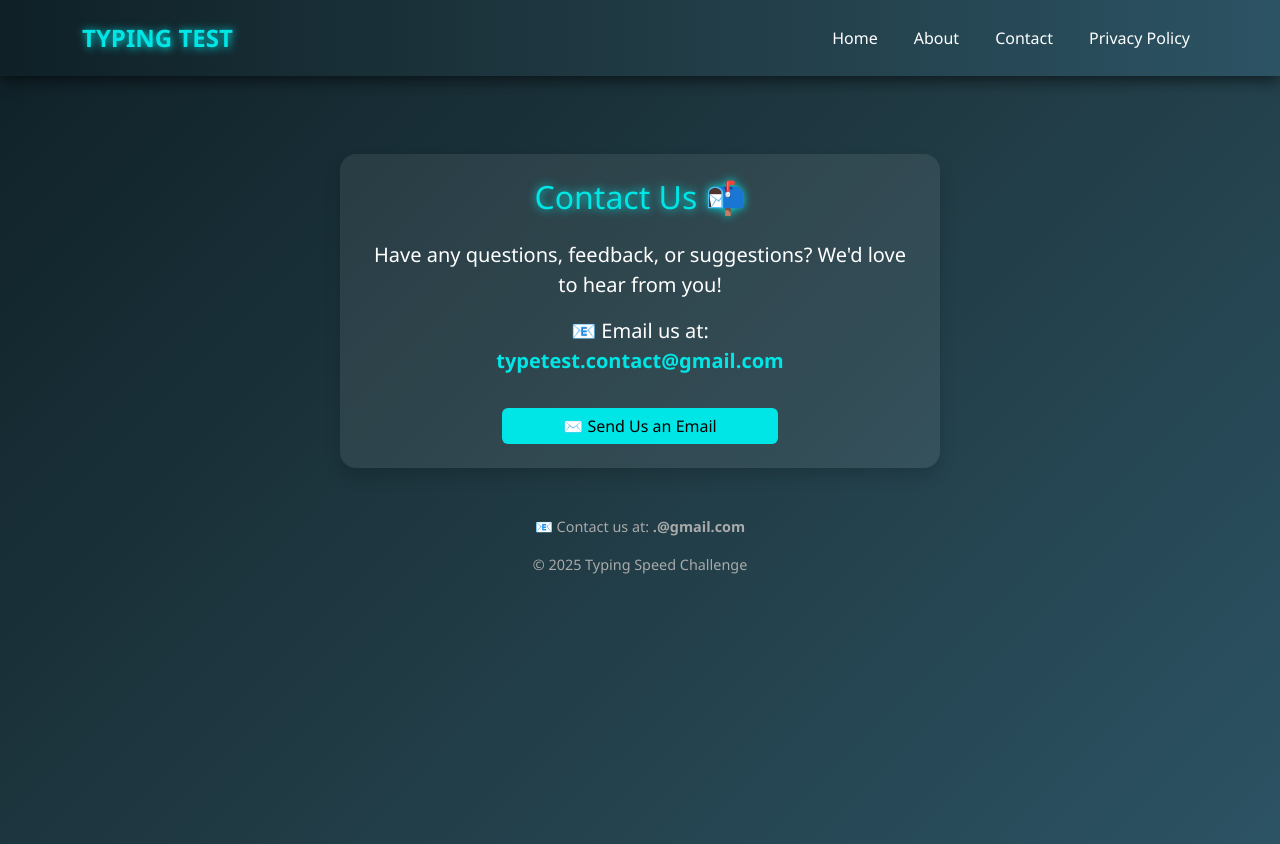
Repository: SHAHZADcodr/typing-test-react
Page: /contact
An editor plug-in stored every save of this project. The page is shown before and after the next save, followed by the edit.
The browser window is 1280 px wide. The pictures show the whole page.
The project was rebuilt for these pictures with package versions that can differ from the ones it lists, and the page was loaded fresh each time. Also part of the build but not shown: src/customCss/Home.css, src/pages/Home.jsx, src/customCss/About.css, src/pages/About.jsx, src/customCss/Game.css, src/pages/Game.jsx, src/customCss/GameOver.css, src/pages/GameOver.jsx and 1 more. Imported but missing from the stored project, and not drawn on this page: src/assets/background.mp3, src/assets/pop.mp3.

Above is the page before, as saved 2025-04-13 16:03:50.

### src/index.js
import React from 'react';
import "bootstrap/dist/css/bootstrap.min.css";
import ReactDOM from 'react-dom/client';
import './index.css';
import App from './App';
import { BrowserRouter } from 'react-router-dom';
import reportWebVitals from './reportWebVitals';

const root = ReactDOM.createRoot(document.getElementById('root'));
root.render(
  <React.StrictMode>
    <BrowserRouter>
      <App />
    </BrowserRouter>
  </React.StrictMode>
);

// If you want to start measuring performance in your app, pass a function
// to log results (for example: reportWebVitals(console.log))
// or send to an analytics endpoint. Learn more: https://bit.ly/CRA-vitals
reportWebVitals();

### src/index.css
body {
  margin: 0;
  background: linear-gradient(135deg, #0f2027,
  #203a43, #2c5364);
}

### src/App.js
import {Routes,Route} from "react-router-dom";
import './App.css';
//pages
import Home  from "./pages/Home";
import About from "./pages/About";
import Contact from "./pages/Contact";
import Game from "./pages/Game";
import GameOver from "./pages/GameOver";
import PrivacyPolicy from "./pages/PrivacyPolicy";

//components
import Navigation from "./components/Navbar";

function App() {
  return (
    <>
    <Navigation/>
    <Routes>
      <Route path="/" element={<Home/>}/>
      <Route path="*" element={<Home/>}/>
      <Route path="/about" element={<About/>}/>
      <Route path="/contact" element={<Contact/>}/>
      <Route path="/privacy-policy" element={<PrivacyPolicy/>}/>
      <Route path="/game" element={<Game/>}/>
      <Route path="/gameOver" element={<GameOver/>}/>

    </Routes>
    </>

  );
}

export default App;

### src/App.css
.custom-navbar {
  background: linear-gradient(to right, #0f2027, #203a43, #2c5364) !important;
  padding: 15px 20px;
  box-shadow: 0 4px 15px rgba(0, 0, 0, 0.6);
  font-family: 'Segoe UI', Tahoma, Geneva, Verdana, sans-serif;
  z-index: 1000;
  position: relative;
}

.custom-navbar .navbar-brand {
  color: #00e6e6 !important;
  font-weight: bold;
  font-size: 1.5rem;
  text-shadow: 1px 1px 8px #00e6e6;
}

.custom-navbar .nav-link {
  color: #ffffff !important;
  margin-left: 20px;
  transition: color 0.3s ease, transform 0.2s ease;
  font-weight: 500;
  display: inline-block;
}

.custom-navbar .nav-link:hover {
  color: #00e6e6 !important;
  transform: scale(1.05);
  text-shadow: 0 0 5px #00e6e6;
}

.custom-navbar .navbar-toggler {
  background-color: #00e6e6;
  border: none;
  outline: none;
}

### src/pages/Contact.jsx
// src/pages/Contact.jsx
import React from 'react';
import { Container, Card, Button } from 'react-bootstrap';
import '../customCss/Contact.css';

const Contact = () => {
  const currentYear = new Date().getFullYear();

  return (
      <Container className="mt-5 contact-container">
        <Card className="contact-card shadow border-0 rounded-4 text-center p-4">
          <h2 className="mb-4 text-glow">Contact Us 📬</h2>
          <p className="lead">
            Have any questions, feedback, or suggestions? We'd love to hear from you!
          </p>
          <p className="fs-5">
            📧 Email us at:<br />
            <strong>
              <a
                href="mailto:typetest.contact@gmail.com"
                className="contact-email-link"
              >
                typetest.contact@gmail.com
              </a>
            </strong>
          </p>

          <Button
            variant="info"
            href="mailto:typetest.contact@gmail.com"
            className="mt-3 w-50 mx-auto"
          >
            ✉️ Send Us an Email
          </Button>
        </Card>

        <footer className="contact-footer mt-5 text-center">
          <p>📧 Contact us at: <strong>.@gmail.com</strong></p>
          <p>© {currentYear} Typing Speed Challenge</p>
        </footer>
      </Container>
  );
};

export default Contact;

### src/components/Navbar.jsx
import React from 'react';
import { Navbar, Nav, Container } from 'react-bootstrap';
import { Link } from 'react-router-dom';
import '../App.css'; // Ensure correct path

const Navigation = () => {
  return (
    <Navbar expand="lg" className="custom-navbar" variant="dark">
      <Container>
        <Navbar.Brand as={Link} to="/">TYPING TEST</Navbar.Brand>
        <Navbar.Toggle aria-controls="basic-navbar-nav" />
        <Navbar.Collapse id="basic-navbar-nav">
          <Nav className="ms-auto">
            <Nav.Link as={Link} to="/">Home</Nav.Link>
            <Nav.Link as={Link} to="/about">About</Nav.Link>
            <Nav.Link as={Link} to="/contact">Contact</Nav.Link>
            <Nav.Link as={Link} to="/privacy-policy">Privacy Policy</Nav.Link>
          </Nav>
        </Navbar.Collapse>
      </Container>
    </Navbar>
  );
};

export default Navigation;

### src/customCss/Contact.css
.contact-container {
  min-height: 100vh;
  color: #ffffff;
  padding: 30px 0;
  font-family: 'Segoe UI', Tahoma, Geneva, Verdana, sans-serif;
}

.contact-card {
  background-color: rgba(255, 255, 255, 0.08);
  color: #ffffff;
  padding: 30px;
  max-width: 600px;
  margin: 0 auto;
}

.text-glow {
  color: #00e6e6;
  text-shadow: 0 0 10px #00e6e6;
}

.contact-email-link {
  color: #00e6e6;
  text-decoration: none;
  word-break: break-all;
  display: inline-block;
}

.contact-email-link:hover {
  color: #00ffff;
  text-decoration: underline;
}

.contact-footer {
  margin-top: 40px;
  color: #aaa;
  font-size: 0.9rem;
}

.btn-info {
  background-color: #00e6e6 !important;
  border: none;
  color: #000 !important;
  font-weight: 500;
  transition: all 0.3s ease;
}

.btn-info:hover {
  background-color: #00ffff !important;
  color: #000 !important;
  box-shadow: 0 0 10px #00e6e6;
}

### src/customCss/Privacy.css
.privacy-container {
    min-height: 100vh;
    background: linear-gradient(135deg, #0f2027, #203a43, #2c5364);
    color: #ffffff;
    padding: 30px 0;
    font-family: 'Segoe UI', Tahoma, Geneva, Verdana, sans-serif;
  }

  .privacy-card {
    background-color: rgba(255, 255, 255, 0.08);
    color: #ffffff;
    max-width: 800px;
    margin: 0 auto;
  }

  .privacy-card h2,
  .privacy-card h5 {
    color: #00e6e6;
  }

  .privacy-link {
    color: #00e6e6;
    word-break: break-word;
  }

  .privacy-link:hover {
    text-decoration: underline;
  }

  .text-glow {
    text-shadow: 0 0 10px #00e6e6;
  }

Loaded but not shown: public/index.html (common file); src/reportWebVitals.js (common file)

After the next save:
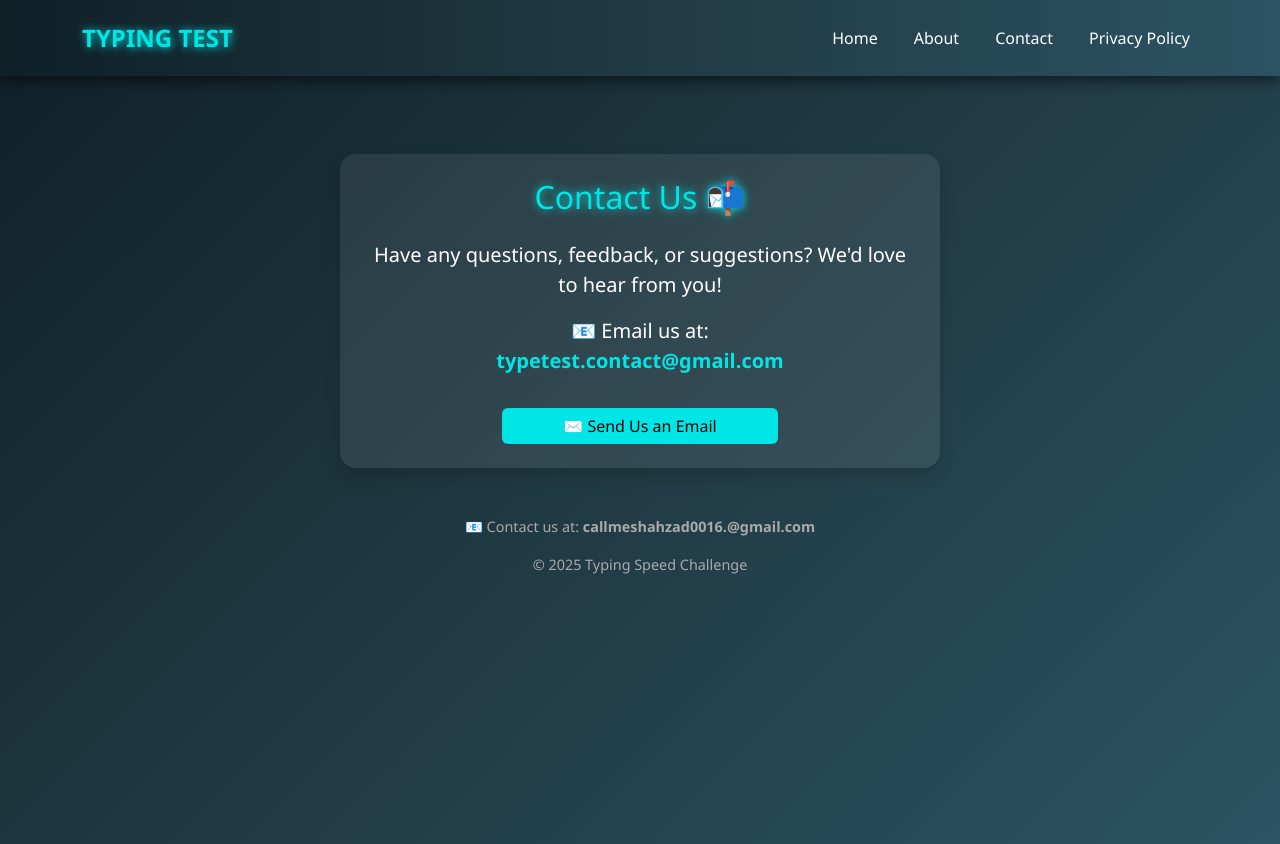
Saved 7 s later.
--- a/src/pages/Contact.jsx
+++ b/src/pages/Contact.jsx
@@ -35,7 +35,7 @@ const Contact = () => {
         </Card>
 
         <footer className="contact-footer mt-5 text-center">
-          <p>📧 Contact us at: <strong>.@gmail.com</strong></p>
+          <p>📧 Contact us at: <strong>callmeshahzad0016.@gmail.com</strong></p>
           <p>© {currentYear} Typing Speed Challenge</p>
         </footer>
       </Container>
